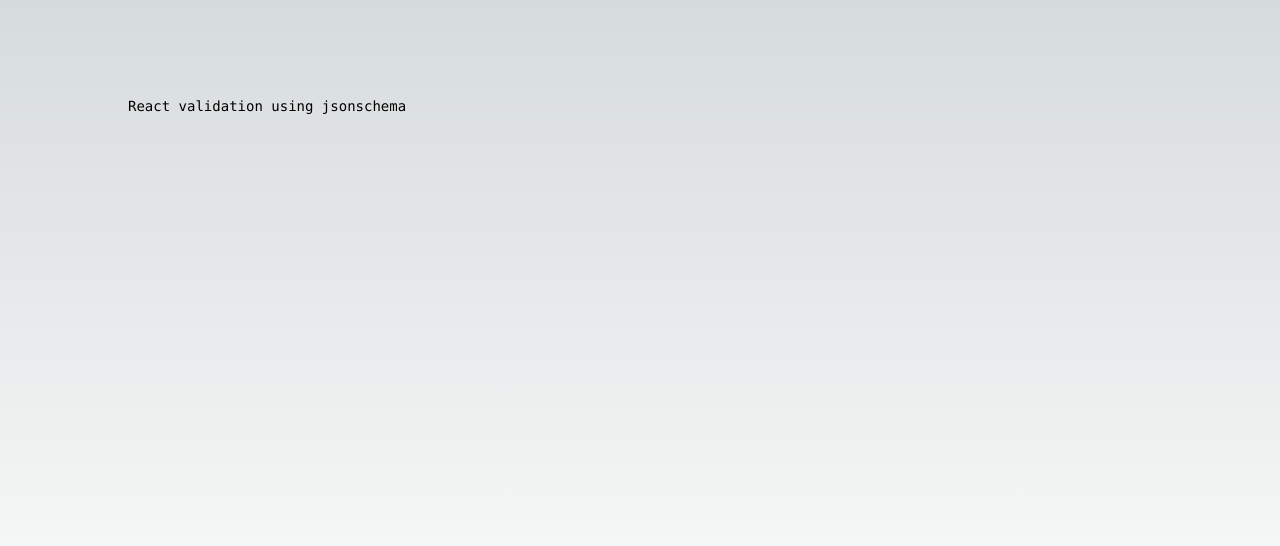
Repository: rajsenthil/react-jsonschema-validation
Page: /
The author's editor kept a copy of each file at every save. The page is drawn from the files as they stood at one save, then again after the next save.
The browser window is 1280 px wide. The pictures show the whole page.
The project was rebuilt for these pictures with package versions that can differ from the ones it lists, and the page was loaded fresh each time. The framework's server and built-in components were replaced by stand-ins that run in the browser. Also part of the build but not shown: next.config.js.

Above is the page before, as saved 2023-09-12 19:31:11.

### pages/index.tsx
import Image from 'next/image'
import { Montserrat } from 'next/font/google'

const montserrat = Montserrat({ subsets: ['latin'] })

export default function Home() {
  return (
    <main
      className={`flex min-h-screen flex-col items-center justify-between p-24 ${montserrat.className}`}
    >
      <div className="z-10 max-w-5xl w-full items-center justify-between font-mono text-sm lg:flex">
        React validation using jsonschema
      </div>
    </main>
  )
}

Loaded but not shown: pages/_app.tsx (common file); pages/_document.tsx (common file); styles/globals.css (common file); tailwind.config.ts (common file)

After the next save:
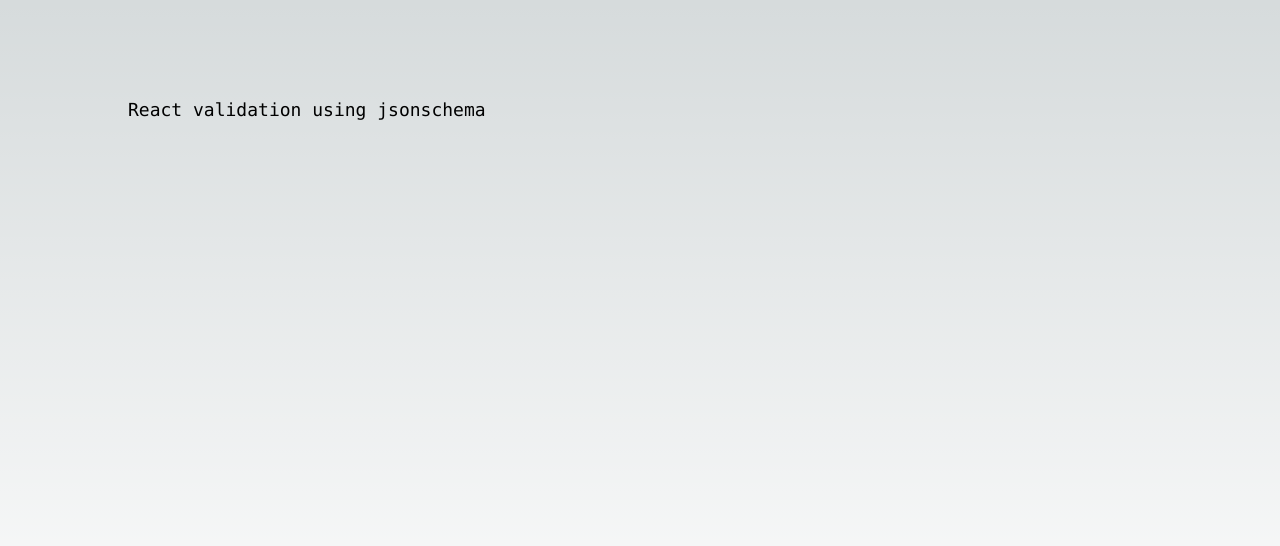
Saved 32 s later.
--- a/pages/index.tsx
+++ b/pages/index.tsx
@@ -8,8 +8,8 @@ export default function Home() {
     <main
       className={`flex min-h-screen flex-col items-center justify-between p-24 ${montserrat.className}`}
     >
-      <div className="z-10 max-w-5xl w-full items-center justify-between font-mono text-sm lg:flex">
-        React validation using jsonschema
+      <div className='z-10 max-w-5xl w-full items-center justify-between font-mono text-sm lg:flex'>
+        <div className='text-lg'>React validation using jsonschema</div>
       </div>
     </main>
   )
